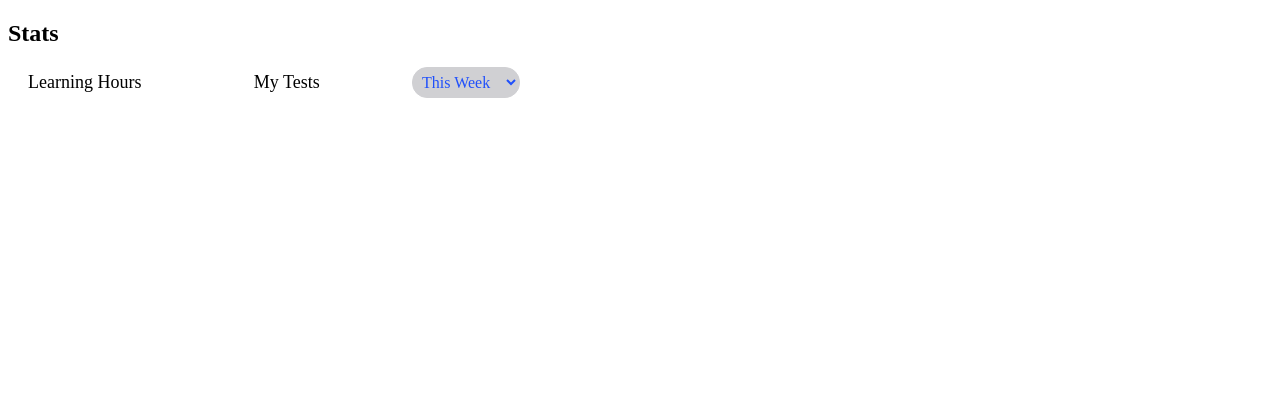
Repository: rafalzacher1/smartify-interface
Page: graphs/learning_graph.html
An editor plug-in stored every save of this project. The page is shown before and after a run of saves, followed by the edit.
The browser window is 1280 px wide. The pictures show the whole page.
After loading, the first visible `button.stat-option` was clicked once.
Some web fonts or font styles are not loaded; a fallback is used. Some web libraries are served in a nearby version.

Above is the page before, as saved 2022-06-30 00:59:09.

After the next 2 saves:
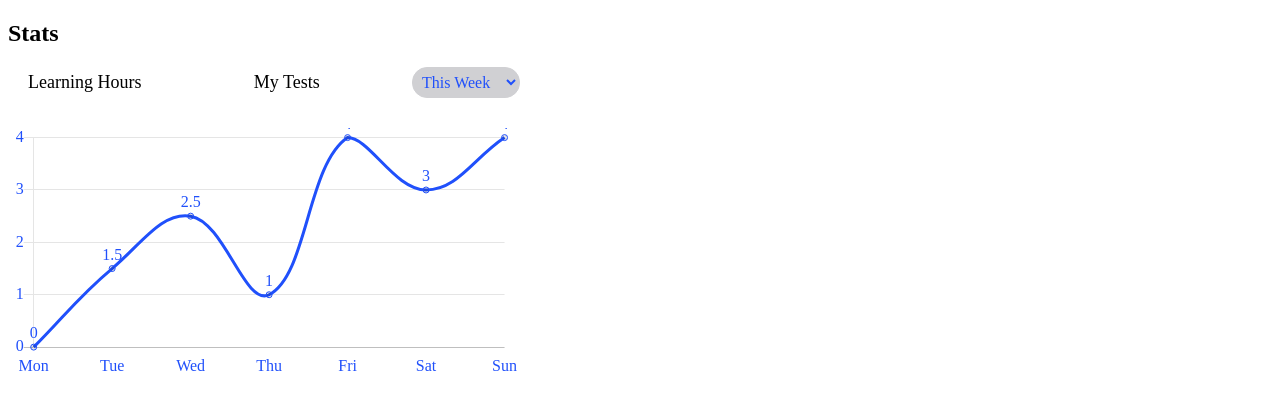
The 2 saves are shown as one change because they came seconds apart.
The last was saved 11 s later.
--- a/graphs/learning_graph.html
+++ b/graphs/learning_graph.html
@@ -33,13 +33,13 @@
 
 <script>
     function showLearningHoursGraph() {
-        document.getElementById("learning-hours").style.display="none";
+        document.getElementById("learning-hours").style.display="block";
         document.getElementById("tests").style.display="none";
     }
 
     function showTestsGraph() {
         document.getElementById("learning-hours").style.display="none";
-        document.getElementById("tests").style.display="none";
+        document.getElementById("tests").style.display="block";
     }
 </script>
 
